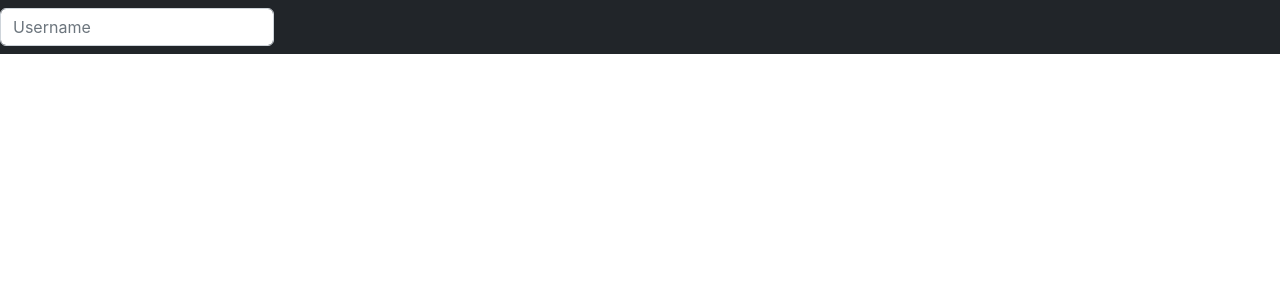
Repository: Sakshamccna/React
Page: /
These files come from the project's save history. The page is drawn as it stood at one moment and after the next save; the edit follows.
The browser window is 1280 px wide. The pictures show the whole page.
The project was rebuilt for these pictures with package versions that can differ from the ones it lists, and the page was loaded fresh each time.

Above is the page before, as saved 2022-12-26 09:56:28.

After the next save:
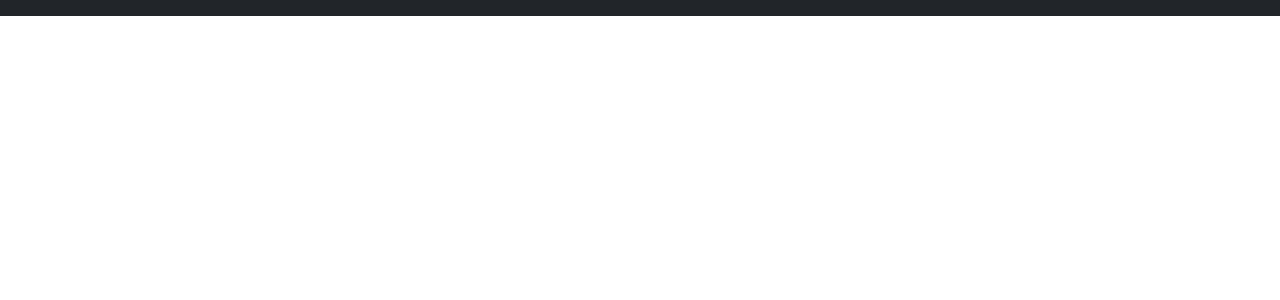
Saved 30 s later.
--- a/src/Components/Headers.tsx
+++ b/src/Components/Headers.tsx
@@ -7,7 +7,7 @@
                 <form className="form-inline">
                     <div className="input-group">
 
-                        <input type="text" className="form-control" placeholder="Username" aria-label="Username" aria-describedby="basic-addon1" />
+
                     </div>
                 </form>
             </nav>

After the save that followed:
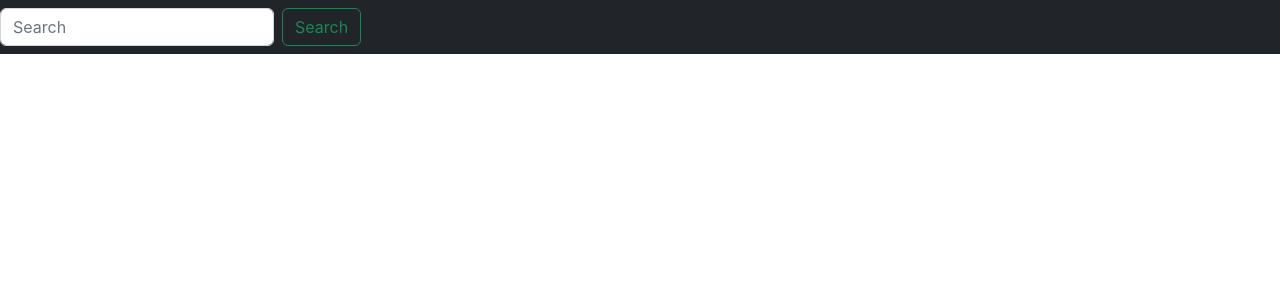
Saved 50 s later.
--- a/src/Components/Headers.tsx
+++ b/src/Components/Headers.tsx
@@ -4,11 +4,9 @@
     return (
         <>
             <nav className="navbar navbar-light bg-dark">
-                <form className="form-inline">
-                    <div className="input-group">
-
-
-                    </div>
+                <form className="d-flex" role="search">
+                    <input className="form-control me-2" type="search" placeholder="Search" aria-label="Search" />
+                    <button className="btn btn-outline-success" type="submit">Search</button>
                 </form>
             </nav>
         </>
